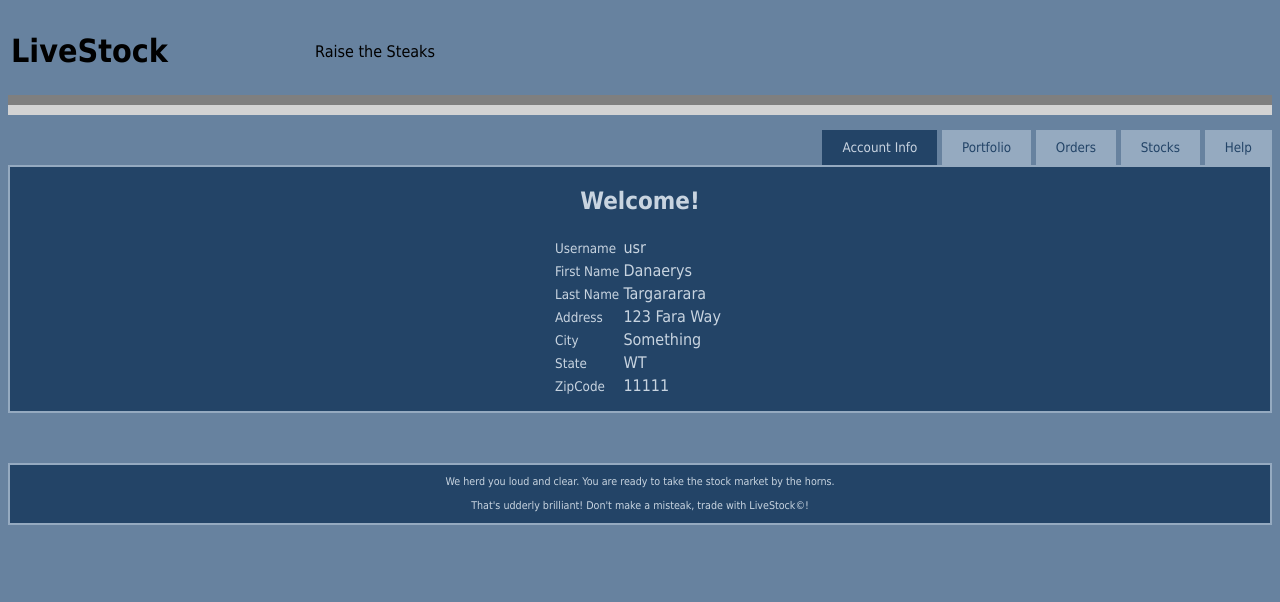
Repository: yastapova/live-stock
Page: LiveStockSite/WebContent/WEB-INF/cust_acc_info.html
An editor plug-in stored every save of this project. The page is shown before and after the next save, followed by the edit.
The browser window is 1280 px wide. The pictures show the whole page.

Above is the page before, as saved 2016-04-19 23:05:50.

After the next save:
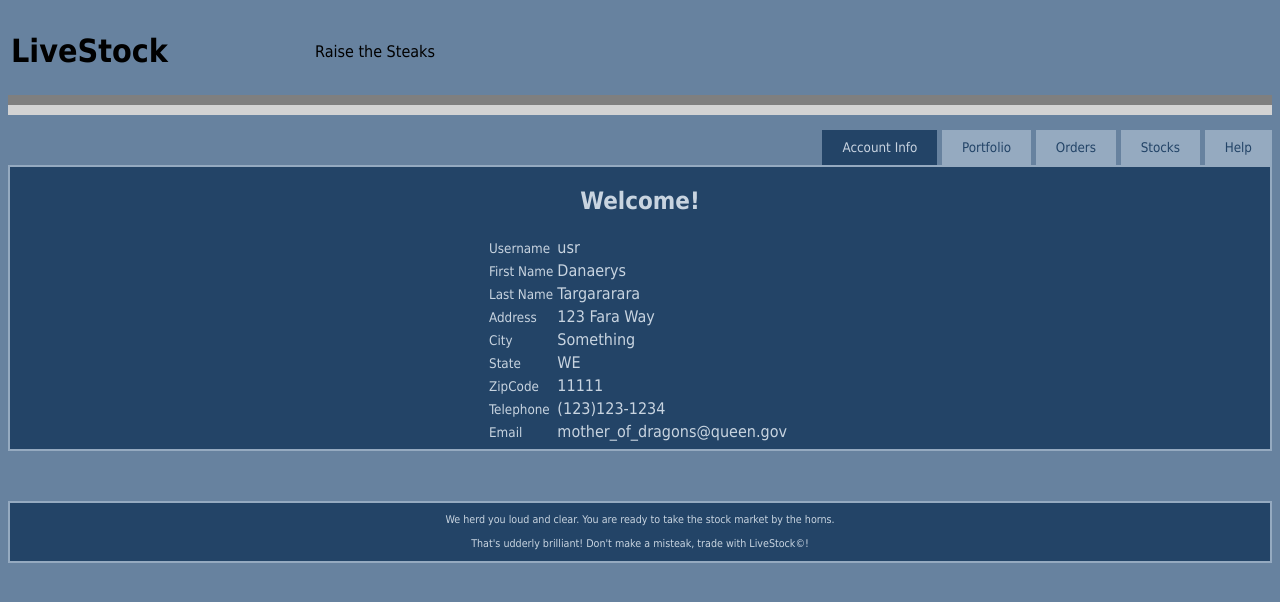
Saved 12 min 23 s later.
--- a/LiveStockSite/WebContent/WEB-INF/cust_acc_info.html
+++ b/LiveStockSite/WebContent/WEB-INF/cust_acc_info.html
@@ -51,7 +51,7 @@
 			</tr>
 			<tr>
 				<td><span class="formlabel">State</span></td>
-				<td><span class="accinfo">WT</span></td>
+				<td><span class="accinfo">WE</span></td>
 				<td></td>
 			</tr>
 			<tr>
@@ -60,13 +60,13 @@
 				<td></td>
 			</tr>
 			<tr>
-				<td><span class="formlabel"></span></td>
-				<td><span class="accinfo"></span></td>
+				<td><span class="formlabel">Telephone</span></td>
+				<td><span class="accinfo">(123)123-1234</span></td>
 				<td></td>
 			</tr>
 			<tr>
-				<td><span class="formlabel"></span></td>
-				<td><span class="accinfo"></span></td>
+				<td><span class="formlabel">Email</span></td>
+				<td><span class="accinfo">mother_of_dragons@queen.gov</span></td>
 				<td></td>
 			</tr>
 		</table>
